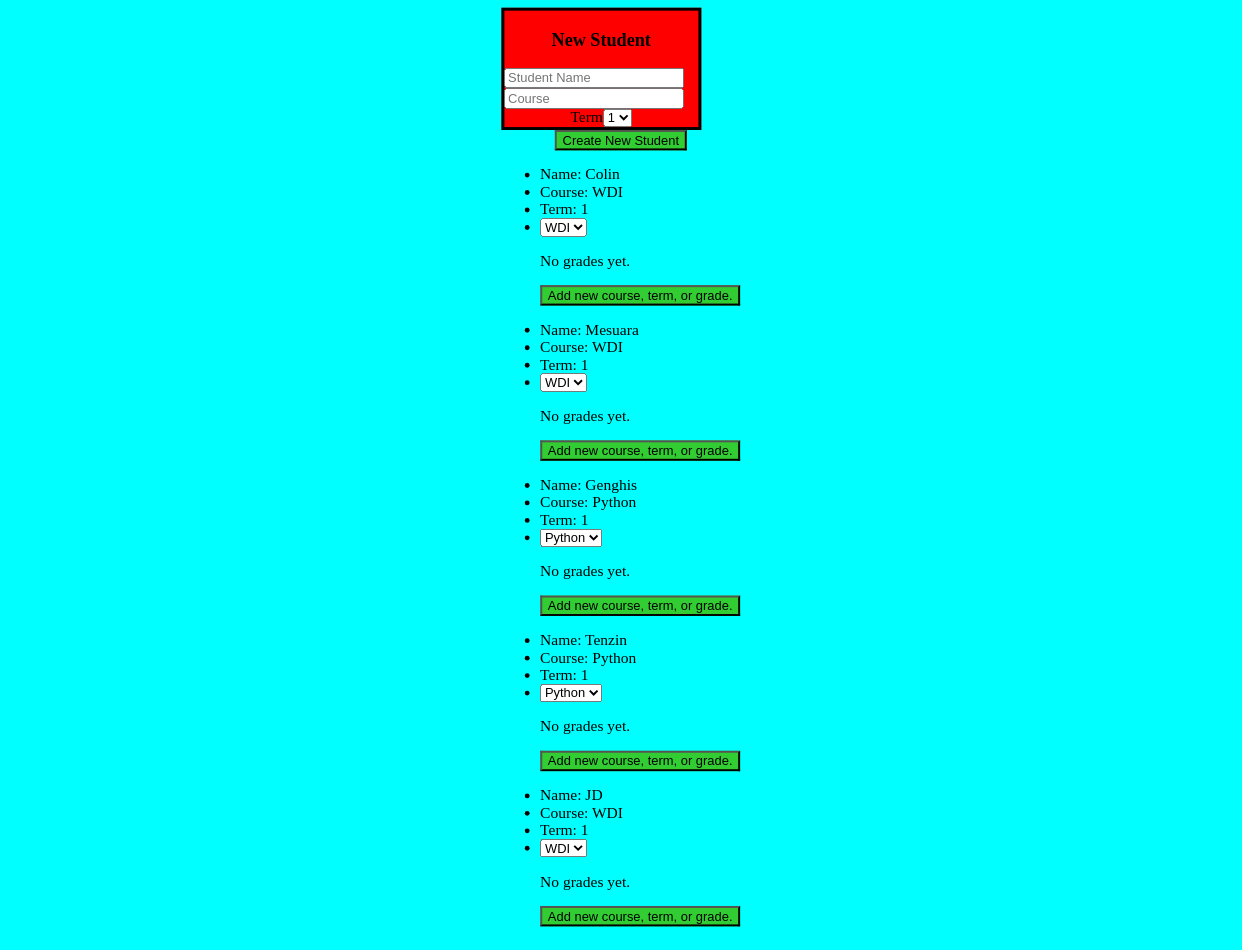
Repository: EdmontDantes/graderaide-ui
Page: index.html
The author's editor kept a copy of each file at every save. The page is drawn from the files as they stood at one save, then again after the next save.
The browser window is 1280 px wide. The pictures show the whole page, at 97% of full size.

Above is the page before, as saved 2020-04-21 14:34:49.

### index.html
<html lang="en">
  <head>
    <title>Graderaide</title>
    <meta charset="UTF-8">
    <meta name="viewport" content="width=device-width, initial-scale=1">
    <link rel="stylesheet" type="text/css" href="style.css">
  </head>

  <body>
    <section class="app">
      <section class="new-student-input">
        <h1 id="text-h1-creation-section">New Student</h1>

        <div id="new-student-input-boxes">
          <!-- <label for="new-student-name">Student Name</label> -->
          <input id="new-student-name-input-box"type="text" class="new-student-name" name="new-student-name" placeholder="Student Name">
          <!-- <label for="new-student-course">Course</label> -->
          <input id="new-student-course-input-box" type="text" class="new-student-course" name="new-student-course" placeholder="Course">
        </div>

        <div id="new-student-input-options"
          <label for="new-student-term">Term</label>
          <select class="new-student-term" name="new-student-term">
            <option value="1">1</option>
            <option value="2">2</option>
            <option value="3">3</option>
          </select>
        </div>
      </section>
      <section class="new-student-submit">
        <button type="submit" class="new-student-button">Create New Student</button>
      </section>

      <section class="student-display">
        <ul class="student-info">
          <li>Name: Colin</li>
          <li>Course: WDI</li>
          <li>Term: 1</li>
          <li>
            <select class="course-selection">
              <option value="wdi">WDI</option>
            </select>
            <p>No grades yet.</p>
          </li><button>Add new course, term, or grade.</button>
        </ul>
        <ul class="student-info">
          <li>Name: Mesuara</li>
          <li>Course: WDI</li>
          <li>Term: 1</li>
          <li>
            <select class="course-selection">
              <option value="wdi">WDI</option>
            </select>
            <p>No grades yet.</p>
          </li><button>Add new course, term, or grade.</button>
        </ul>
        <ul class="student-info">
          <li>Name: Genghis</li>
          <li>Course: Python</li>
          <li>Term: 1</li>
          <li>
            <select class="course-selection">
              <option value="python">Python</option>
            </select>
            <p>No grades yet.</p>
          </li><button>Add new course, term, or grade.</button>
        </ul>
        <ul class="student-info">
          <li>Name: Tenzin</li>
          <li>Course: Python</li>
          <li>Term: 1</li>
          <li>
            <select class="course-selection">
              <option value="python">Python</option>
            </select>
            <p>No grades yet.</p>
          </li><button>Add new course, term, or grade.</button>
        </ul>
        <ul class="student-info">
          <li>Name: JD</li>
          <li>Course: WDI</li>
          <li>Term: 1</li>
          <li>
            <select class="course-selection">
              <option value="wdi">WDI</option>
            </select>
            <p>No grades yet.</p>
          </li><button>Add new course, term, or grade.</button>
        </ul>
      </section>
    </section>
  </body>
</html>

### style.css
@media (min-width: 601px) and (max-width: 1100px);
body {
    background-color: aqua;
    display: flex;
    flex-wrap: wrap;
    justify-content: center;
}

#text-h1-creation-section {
    display: flex;
    flex-wrap: wrap;
    justify-content: center;
}

#new-student-input-options {
    display: flex;
    flex-wrap: wrap;
    justify-content: center;
}

.new-student-submit {
    display: flex;
    flex-wrap: wrap;
    justify-content: center;
}

.new-student-input {
    width: 200px;
    background-color: red;
    border: 3px solid black;

}
button {
    background-color: limegreen ;
}

After the next save:
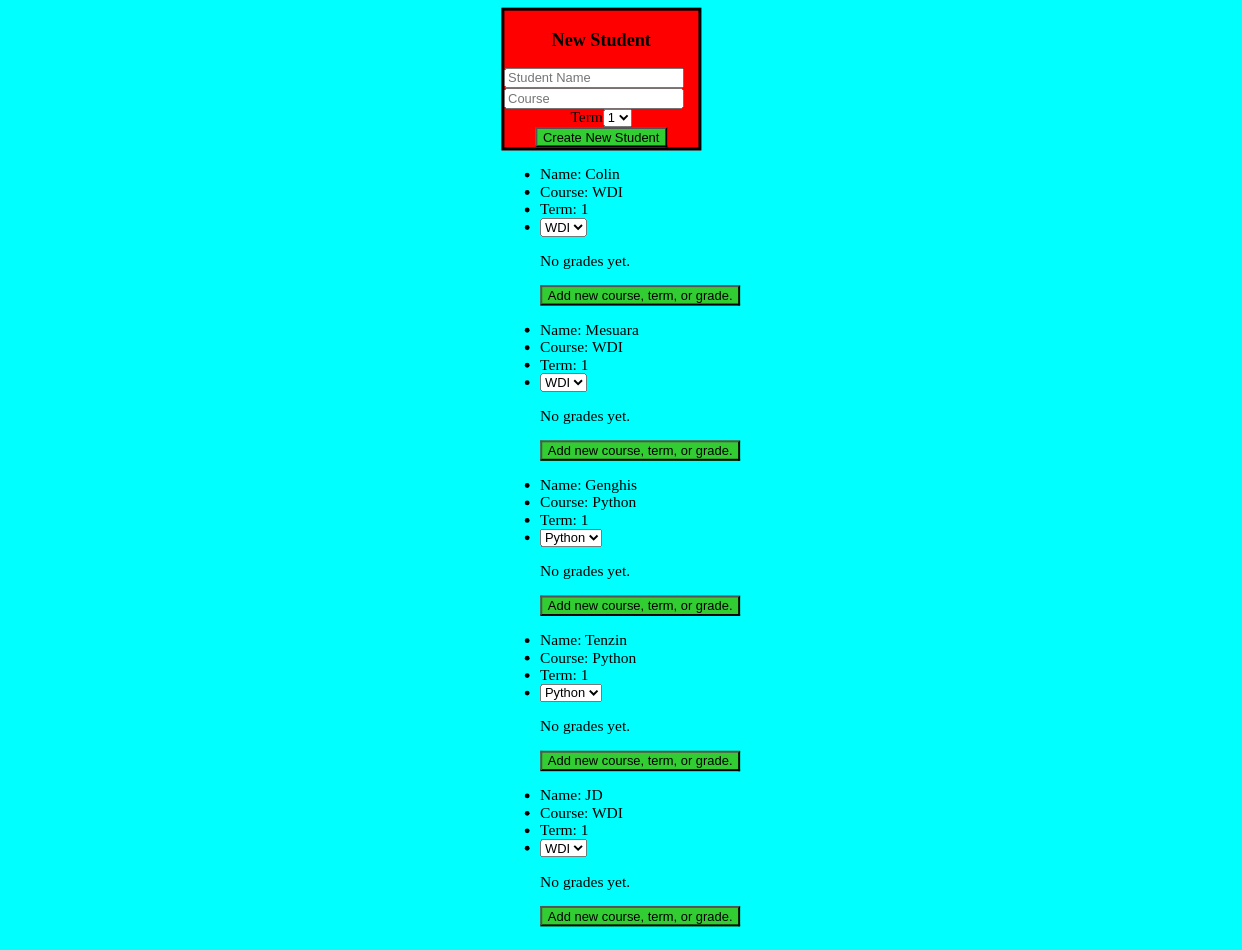
Saved 39 s later.
--- a/index.html
+++ b/index.html
@@ -26,9 +26,9 @@
             <option value="3">3</option>
           </select>
         </div>
-      </section>
-      <section class="new-student-submit">
-        <button type="submit" class="new-student-button">Create New Student</button>
+        <section class="new-student-submit">
+          <button type="submit" class="new-student-button">Create New Student</button>
+        </section>
       </section>
 
       <section class="student-display">
